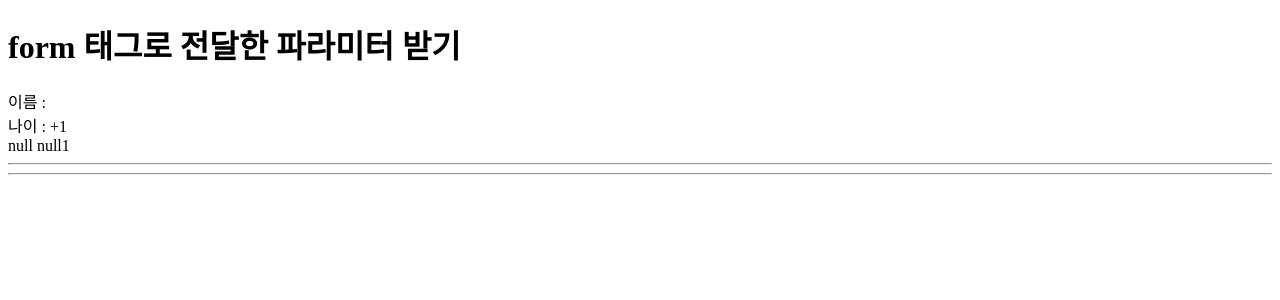
Repository: leechanggyu1118/JSTL_JAVA-WEB_-
Page: http://localhost/jstl_study/step-4.jsp
An editor plug-in stored every save of this project. The page is shown before and after a run of saves, followed by the edit.
The browser window is 1280 px wide. The pictures show the whole page.
The page is served by Tomcat 9. Other server files are loaded and not shown.

Above is the page before, as saved 2024-04-11 03:38:50.

### jstl_study/src/main/webapp/step-4.jsp
<%@ page language="java" contentType="text/html; charset=UTF-8"
    pageEncoding="UTF-8"%>
    <%@ taglib uri="http://java.sun.com/jsp/jstl/core" prefix="c" %>
<!DOCTYPE html>
<html>
<head>
<meta charset="UTF-8">
<title>Insert title here</title>
</head>
<body>

<h1>form 태그로 전달한 파라미터 받기</h1>
<!-- EL 태그 방식은 내부적으로 형변환을 하여 연산이 가능함.  -->
이름 : ${param.name } <br>
나이 : ${param.age }+1 <br>

<!-- 스플립틀릿 방식으로 파라미터 가져오기  -->
<!-- 파라미터 값을 문자열로 인식. 연산불가능. 형변환 필요  -->
<%= request.getParameter("name")  %>
<%= request.getParameter("age")+1 %>

<hr>

<!-- c:if이용하여 나이가 18세 이하이면 미성년자 입니다. 라고 출력  -->
<c:if test="${param.age <=18 }">
<h3>${param.name }은 미성년자 입니다.</h3>
</c:if>

<hr>


</body>
</html>

After the next 2 saves:
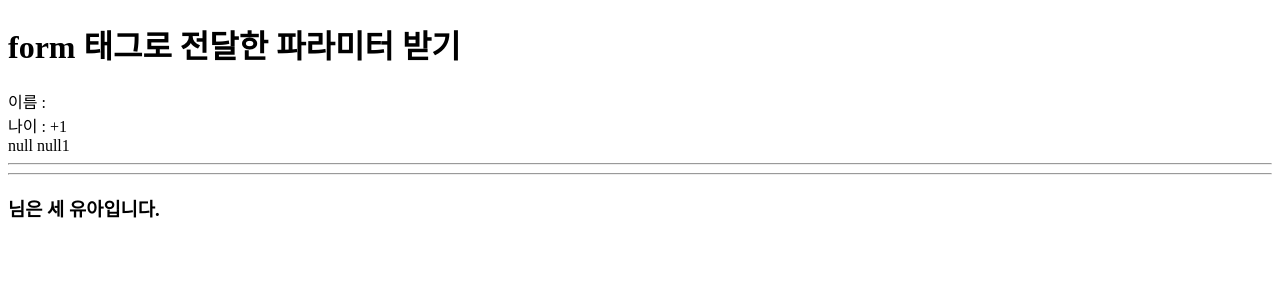
The 2 saves are shown as one change because 1 did not build or start.
The last was saved 5 min 9 s later.
--- a/jstl_study/src/main/webapp/step-4.jsp
+++ b/jstl_study/src/main/webapp/step-4.jsp
@@ -28,6 +28,26 @@
 
 <hr>
 
+<!-- choose를 사용하여 다중조건 처리  -->
+<!-- age가 19세 이상은 성인, 15세이상 청소년, 5세이상 어린이, 나머지는 유아  -->
+	<!-- c:when / c:otherwise  -->
+<c:choose>
+	<c:when test="${param.age >= 19 }">
+	<h3>${param.name }님은 ${param.age }세 성인입니다.</h3>
+	</c:when>
+	<c:when test="${param.age >= 15 }">
+	<h3>${param.name }님은 ${param.age }세 청소년입니다.</h3>
+	</c:when>
+	<c:when test="${param.age >= 5 }">
+	<h3>${param.name }님은 ${param.age }세 어린이입니다.</h3>
+	</c:when>
+	<c:otherwise>
+	<h3>${param.name }님은 ${param.age }세 유아입니다.</h3>
+	</c:otherwise>
+
+
+</c:choose>
+
 
 </body>
 </html>
